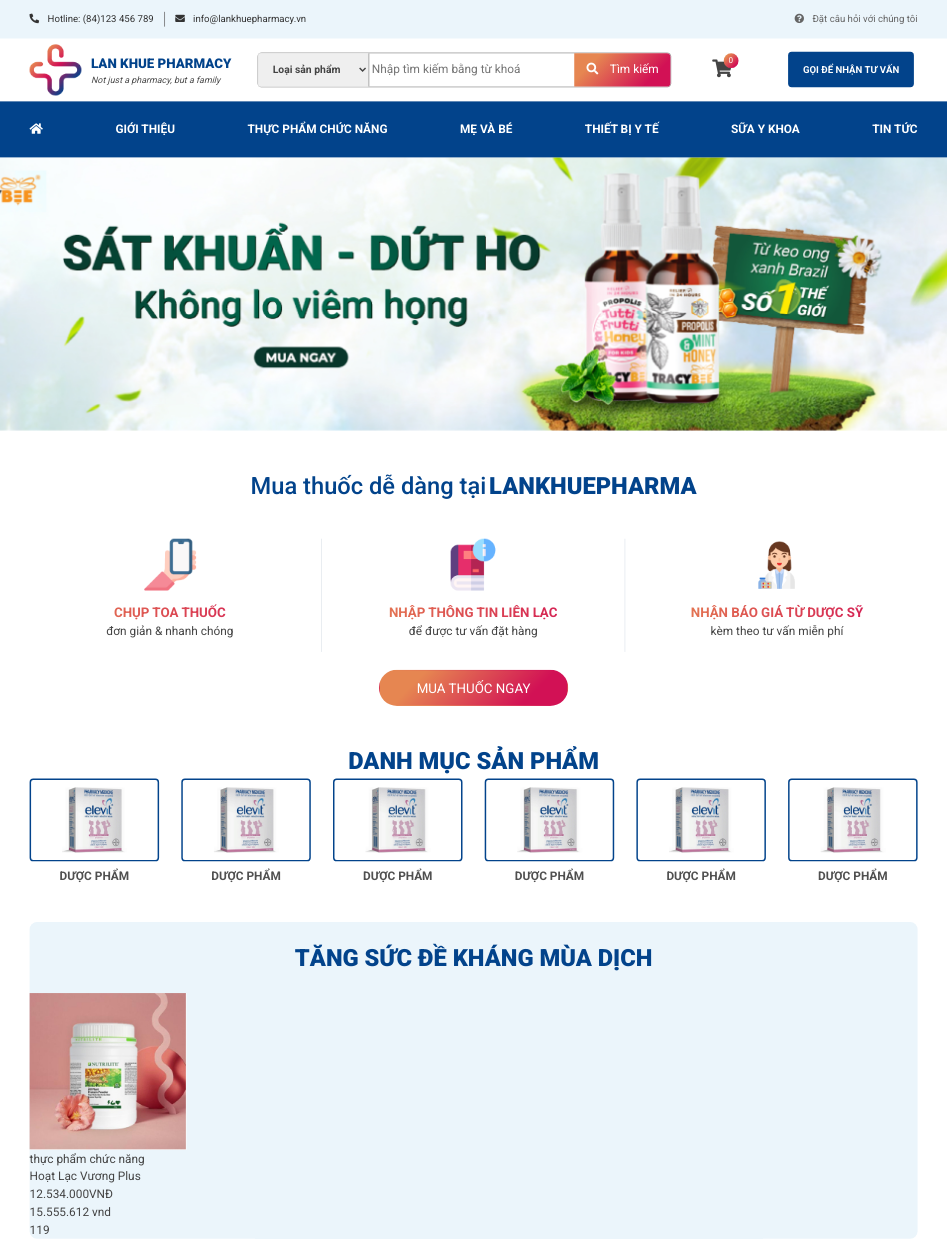
Repository: haianh12082001/Lan-khue
Page: index.html
These files come from the project's save history. The page is drawn as it stood at one moment and after the next save; the edit follows.
The browser window is 1280 px wide. The pictures show the whole page, at 74% of full size.
Some web libraries are served in a nearby version. The style sheet was rebuilt from its Sass, Less or Tailwind sources for each picture, by a compiler version that may differ from the author's.

Above is the page before, as saved 2021-12-18 15:08:00.

### index.html
<!DOCTYPE html>
<html lang="en">
    <head>
        <meta charset="UTF-8" />
        <meta http-equiv="X-UA-Compatible" content="IE=edge" />
        <meta name="viewport" content="width=device-width, initial-scale=1.0" />
        <title>Document</title>
        <link href="https://fonts.googleapis.com/css2?family=Roboto:wght@400;500;700;900&display=swap" rel="stylesheet" />
        <link rel="stylesheet" href="./assets/fonts/fontawesome-free-5.15.3/css/all.min.css" />
        <link
            rel="stylesheet"
            href="https://cdn.jsdelivr.net/npm/bootstrap@4.6.0/dist/css/bootstrap.min.css"
            integrity="sha384-B0vP5xmATw1+K9KRQjQERJvTumQW0nPEzvF6L/Z6nronJ3oUOFUFpCjEUQouq2+l"
            crossorigin="anonymous"
        />
        <link rel="stylesheet" type="text/css" href="https://cdn.jsdelivr.net/npm/slick-carousel@1.8.1/slick/slick.css" />
        <link rel="stylesheet" href="./assets/css/app.css" />
    </head>
    <body>
        <div class="top-header">
            <div class="container">
                <div class="py-3 d-flex justify-content-between align-items-center">
                    <div class="info d-flex">
                        <div class="top-header-hotline">
                            <i class="fas fa-phone-alt"></i>
                            Hotline: (84)123 456 789
                        </div>
                        <div class="top-header-email">
                            <i class="fas fa-envelope"></i>
                            info@lankhuepharmacy.vn
                        </div>
                    </div>
                    <div class="question">
                        <a href="">
                            <i class="fas fa-question-circle"></i>
                            Đặt câu hỏi với chúng tôi
                        </a>
                    </div>
                </div>
            </div>
        </div>
        <header class="header">
            <div class="header-searchbar py-2">
                <div class="container">
                    <div class="row align-items-center">
                        <div class="col-lg-3 col-3">
                            <div class="header-logo">
                                <a href="" class="d-flex flex-shrink-0">
                                    <img src="./assets/img/logo.png" alt="" />
                                    <div class="body">
                                        <div class="name">LAN KHUE PHARMACY</div>
                                        <div class="slogan">Not just a pharmacy, but a family</div>
                                    </div>
                                </a>
                            </div>
                        </div>
                        <div class="col-lg-6 col-3">
                            <div class="input-group">
                                <form action="" class="header-search">
                                    <select name="CatId" id="catalog">
                                        <option value="">Loại sản phẩm</option>
                                        <option value="">Danh mục thuốc</option>
                                        <option value="">Thực Phẩm Chức Năng</option>
                                        <option value="">Mẹ Và Bé</option>
                                        <option value="">Thiết Bị Y Tế</option>
                                        <option value="">Sữa y khoa</option>
                                        <option value="">Các sản phẩm khác</option>
                                    </select>
                                    <input type="text" placeholder="Nhập tìm kiếm bằng từ khoá" />

                                    <button type="submit">
                                        <i class="fas fa-search"></i>
                                        Tìm kiếm
                                    </button>
                                </form>
                            </div>
                        </div>
                        <div class="col-lg-1 col-3 d-flex align-items-center">
                            <div class="header-cart position-relative">
                                <i class="fas fa-shopping-cart"></i>
                                <span id="itemshop">0</span>
                            </div>
                        </div>
                        <div class="col-lg-2 col-3 d-none d-lg-block">
                            <a href="" class="header-btn"> Gọi để nhận tư vấn </a>
                        </div>
                    </div>
                </div>
            </div>
            <div class="header-menu">
                <div class="container">
                    <ul class="menu-list">
                        <li class="menu-item">
                            <a href=""><i class="fas fa-home"></i></a>
                        </li>
                        <li class="menu-item">
                            <a href="">Giới thiệu</a>
                        </li>
                        <li class="menu-item">
                            <a href="">Thực phẩm chức năng</a>
                        </li>
                        <li class="menu-item">
                            <a href="">Mẹ và bé</a>
                        </li>
                        <li class="menu-item">
                            <a href="">Thiết bị y tế</a>
                        </li>
                        <li class="menu-item">
                            <a href="">Sữa y khoa</a>
                        </li>
                        <li class="menu-item">
                            <a href="">Tin tức</a>
                        </li>
                    </ul>
                </div>
            </div>
        </header>
        <section class="banner">
            <img src="./assets/img/banner.jpg" alt="" />
        </section>
        <!-- Mua thuốc dễ dàng tại lankhuepharma -->
        <section class="section-buy-medicine">
            <div class="container">
                <div class="text-center">
                    <span class="title-sub">Mua thuốc dễ dàng tại</span>
                    <span class="section-title">lankhuepharma</span>
                </div>
                <div class="row pt-lg-5">
                    <div class="col-lg-4 item">
                        <div class="text-center">
                            <img src="./assets/img/buy-medicine/selfie 1.png" alt="" />
                            <div class="body p-3">
                                <div class="name">Chụp toa thuốc</div>
                                <div class="des">đơn giản & nhanh chóng</div>
                            </div>
                        </div>
                    </div>
                    <div class="col-lg-4 item">
                        <div class="text-center">
                            <img src="./assets/img/buy-medicine/Group 375.png" alt="" />
                            <div class="body p-3">
                                <div class="name">nhập thông tin liên lạc</div>
                                <div class="des">để được tư vấn đặt hàng</div>
                            </div>
                        </div>
                    </div>
                    <div class="col-lg-4 item">
                        <div class="text-center">
                            <img src="./assets/img/buy-medicine/pharmacist 1.png" alt="" />
                            <div class="body p-3">
                                <div class="name">nhận báo giá từ dược sỹ</div>
                                <div class="des">kèm theo tư vấn miễn phí</div>
                            </div>
                        </div>
                    </div>
                </div>
                <div class="text-center pt-lg-4">
                    <a href="" class="btn">Mua thuốc ngay</a>
                </div>
            </div>
        </section>
        <!-- Danh mục sản phẩm -->
        <section class="product-category">
            <div class="container">
                <div class="section-title text-center">danh mục sản phẩm</div>
                <div class="list">
                    <div class="item">
                        <div class="product-category-img">
                            <a href=""><img src="./assets/img/product-category/elevit-196915 1.jpg" alt="" /></a>
                        </div>
                        <a href="" class="name">Dược phẩm</a>
                    </div>
                    <div class="item">
                        <div class="product-category-img">
                            <a href=""><img src="./assets/img/product-category/elevit-196915 1.jpg" alt="" /></a>
                        </div>
                        <a href="" class="name">Dược phẩm</a>
                    </div>
                    <div class="item">
                        <div class="product-category-img">
                            <a href=""><img src="./assets/img/product-category/elevit-196915 1.jpg" alt="" /></a>
                        </div>
                        <a href="" class="name">Dược phẩm</a>
                    </div>
                    <div class="item">
                        <div class="product-category-img">
                            <a href=""><img src="./assets/img/product-category/elevit-196915 1.jpg" alt="" /></a>
                        </div>
                        <a href="" class="name">Dược phẩm</a>
                    </div>
                    <div class="item">
                        <div class="product-category-img">
                            <a href=""><img src="./assets/img/product-category/elevit-196915 1.jpg" alt="" /></a>
                        </div>
                        <a href="" class="name">Dược phẩm</a>
                    </div>
                    <div class="item">
                        <div class="product-category-img">
                            <a href=""><img src="./assets/img/product-category/elevit-196915 1.jpg" alt="" /></a>
                        </div>
                        <a href="" class="name">Dược phẩm</a>
                    </div>
                </div>
            </div>
        </section>
        <!-- Tăng sức đề kháng mùa dịch -->
        <div class="container">
            <div class="bg-light-blue">
                <div class="section-title text-center py-4">Tăng sức đề kháng mùa dịch</div>
                <div class="row row-cols-lg-5 gutters-10">
                    <div class="col-lg col-6">
                        <div class="product-item">
                            <div class="product-img">
                                <img src="./assets/img/product/Rectangle 305.jpg" alt="" />
                            </div>
                            <div class="product-info">
                                <div class="category">thực phẩm chức năng</div>
                                <div class="name">Hoạt Lạc Vương Plus</div>
                                <div class="new-price">12.534.000VNĐ</div>
                                <div class="old-price">15.555.612 vnd</div>
                                <div class="evaluate-product">
                                    <div class="icon"></div>
                                    <div class="number">119</div>
                                </div>
                            </div>
                        </div>
                    </div>
                </div>
            </div>
        </div>
        <script type="text/javascript" src="https://code.jquery.com/jquery-1.11.0.min.js"></script>
        <script type="text/javascript" src="https://code.jquery.com/jquery-migrate-1.2.1.min.js"></script>
        <script
            src="https://cdnjs.cloudflare.com/ajax/libs/bootstrap/4.6.0/js/bootstrap.min.js"
            integrity="sha512-XKa9Hemdy1Ui3KSGgJdgMyYlUg1gM+QhL6cnlyTe2qzMCYm4nAZ1PsVerQzTTXzonUR+dmswHqgJPuwCq1MaAg=="
            crossorigin="anonymous"
            referrerpolicy="no-referrer"
        ></script>
        <script type="text/javascript" src="https://cdn.jsdelivr.net/npm/slick-carousel@1.8.1/slick/slick.min.js"></script>
        <script src="./assets/js/main.js"></script>
    </body>
</html>

### assets/js/main.js
$(document).ready(function () {
    $('.product-category .list').slick({
        slidesToShow: 6,
        slidesToScroll: 1,
        infinite: true,
        arrows: false,
        speed: 2000,
        autoplaySpeed: 3000,

    });
})

### assets/sass/app.scss
@import "variables";
@import "mixin";
@import "reset";
@import "global";
@import "header";
@import "body";

### assets/sass/_variables.scss
$black: #444444;
$gray: #656565;
$blue: #02438b;
$white: #ffffff;
$background-gradient: linear-gradient(134.52deg, #e68651 21.07%, #d21155 79.08%);

### assets/sass/_mixin.scss
@mixin maxWidth($q) {
    @media screen and (max-width: $q) {
        @content;
    }
}
@mixin minWidth($q) {
    @media screen and (min-width: $q) {
        @content;
    }
}

@mixin text-gradient {
    color: transparent;
    background-clip: text;
    -webkit-background-clip: text;
    background-image: linear-gradient(to right, #e68651, #d21155);
}
@mixin text-truncate($q) {
    display: -webkit-box;
    -webkit-line-clamp: $q;
    -webkit-box-orient: vertical;
    overflow: hidden;
    text-overflow: ellipsis;
    word-break: break-word;
}

### assets/sass/_reset.scss
html {
    box-sizing: border-box;
    scroll-behavior: smooth;
}
* {
    margin: 0;
    padding: 0;
}
*,
*:before,
*:after {
    box-sizing: border-box;
}
input,
textarea,
select,
button {
    outline: none;
}
input {
    line-height: normal;
    outline: none;
    box-shadow: none;
}
input:focus {
    outline: 0;
    border: none;
    box-shadow: none;
}
ul,
li {
    margin: 0;
    padding: 0;
    list-style: none;
}
label,
button {
    cursor: pointer;
}
a {
    text-decoration: none;

    &:hover {
        text-decoration: none;
    }
}
img {
    max-width: 100%;
    object-fit: cover;
}
.gutters-5 > [class*="col-"] {
    padding-right: 5px;
    padding-left: 5px;
}

### assets/sass/_global.scss
.container {
    max-width: 1230px;
    margin: 0 auto;
    padding: 0 15px;
}
body {
    margin: 0;
    padding: 0;
    width: 100%;
    font-size: 16px;
    color: $black;
    font-family: "Roboto", sans-serif;
    @include maxWidth(768px) {
        font-size: 14px;
    }
}
.section-title {
    font-size: 32px;
    text-transform: uppercase;
    color: $blue;
    font-weight: 900;
}
.gutters-10[class^="col-"] {
    padding-left: 10px;
    padding-right: 10px;
}

### assets/sass/_header.scss
.top-header {
    background: #ebf5fb;
    font-size: 13px;
    color: $gray;
    .info {
        color: #333333;
    }
    .question a {
        color: $gray;
    }
    i {
        margin-right: 8px;
    }
}
.top-header-hotline {
    padding-right: 14px;
    border-right: 1px solid $gray;
}
.top-header-email {
    padding-left: 14px;
}
.header-logo {
    flex: 1;
    img {
        width: 70px;
        height: 69px;
        object-fit: contain;
    }
    .body {
        margin-left: 13px;
        display: flex;
        flex-direction: column;
        justify-content: center;
    }
    .name {
        font-weight: 900;
        color: $blue;
        font-size: 18px;
    }
    .slogan {
        font-size: 12px;
        color: #4a4a4a;
        font-style: italic;
    }
}
.header-search {
    background: #ffffff;
    border: 1px solid #949494;
    box-sizing: border-box;
    border-radius: 5px;
    #catalog {
        border: none;
        padding: 0 16px;
        height: 100%;
        width: 150px;
        font-size: 14px;
        color: #444444;
        font-weight: bold;
        border-right: 0.25px solid #949494;
        // width: 30%;
    }
    input {
        border: none;
        width: 270px;
        // max-width: 300px;
    }
    button {
        background: $background-gradient;
        border: none;
        height: 45px;
        padding: 0 16px;
        border-radius: 0px 5px 5px 0px;
        color: $white;
        i {
            margin-right: 12px;
        }
    }
}
.header-cart {
    i {
        font-size: 24px;
    }
    span {
        width: 20px;
        height: 20px;
        display: flex;
        align-items: center;
        justify-content: center;
        position: absolute;
        background: $background-gradient;
        border-radius: 100rem;
        top: -8px;
        right: -8px;
        font-size: 11px;
        color: $white;
    }
}
.header-btn {
    padding: 14px 20px;
    background: $blue;
    display: inline-block;
    border-radius: 5px;
    color: $white;
    font-weight: 700;
    text-transform: uppercase;
    font-size: 13px;
    &:hover {
        color: $white;
    }
}
.header-menu {
    background: $blue;
}
.menu-list {
    display: flex;
    justify-content: space-between;
    text-transform: uppercase;
    padding: 26px 0;
    font-weight: 700;
    a {
        color: $white;
    }
}

### assets/sass/_body.scss
.banner img {
    height: 369px;
    width: 100%;
    object-fit: cover;
}
.section-buy-medicine {
    padding: 50px 0;
    .title-sub {
        color: $blue;
        font-size: 32px;
        font-weight: 500;
    }
    .item {
        border-right: 1px solid #e1e7ed;
        &:last-child {
            border: none;
        }
    }
    .name {
        text-transform: uppercase;
        font-size: 18px;
        font-weight: bold;
        @include text-gradient;
    }
    img {
        max-height: 70px;
    }
    .btn {
        background: $background-gradient;
        text-transform: uppercase;
        color: $white;
        font-size: 18px;
        padding: 10px 50px;
        border-radius: 50px;
    }
}
.product-category {
    padding-bottom: 50px;
    .item {
        padding: 0 15px;
    }
    &-img {
        border: 2px solid $blue;
        border-radius: 5px;
        display: flex;
        justify-content: center;
        height: 112px;
        img {
            height: 100%;
            padding: 10px 0;
        }
    }
    .name {
        margin-top: 8px;
        text-align: center;
        text-transform: uppercase;
        color: #505050;
        display: block;
        font-weight: 700;
        @include text-truncate(2);
        &:hover {
            color: $blue;
        }
    }
    .slick-list {
        margin: 0 -15px;
    }
}
.bg-light-blue {
    background: #ebf5fb;
    border-radius: 10px;
}

Loaded but not shown: assets/fonts/fontawesome-free-5.15.3/css/all.min.css (library)

After the next save:
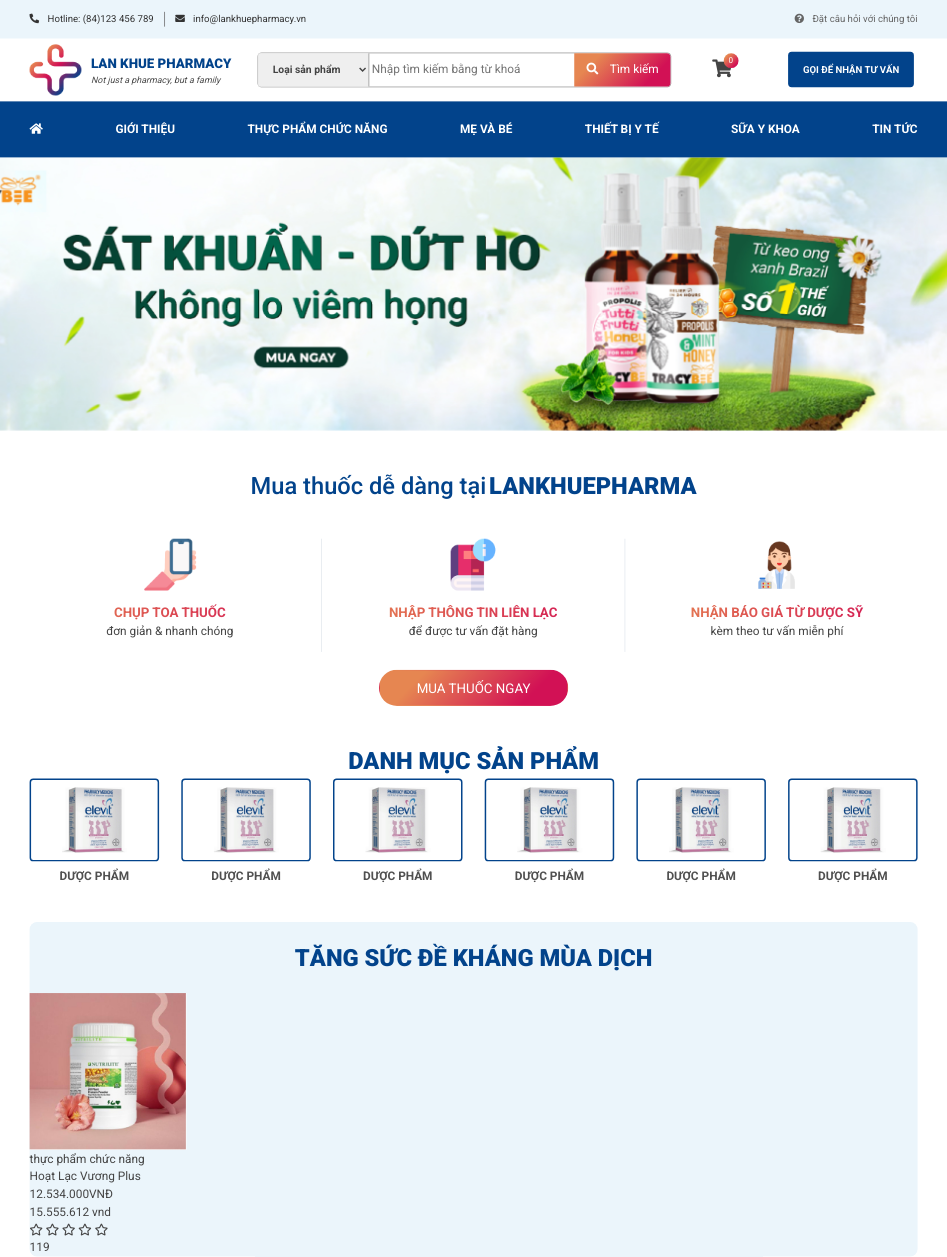
Saved 40 s later.
--- a/index.html
+++ b/index.html
@@ -219,7 +219,13 @@
                                 <div class="new-price">12.534.000VNĐ</div>
                                 <div class="old-price">15.555.612 vnd</div>
                                 <div class="evaluate-product">
-                                    <div class="icon"></div>
+                                    <div class="icon">
+                                        <i class="far fa-star"></i>
+                                        <i class="far fa-star"></i>
+                                        <i class="far fa-star"></i>
+                                        <i class="far fa-star"></i>
+                                        <i class="far fa-star"></i>
+                                    </div>
                                     <div class="number">119</div>
                                 </div>
                             </div>
